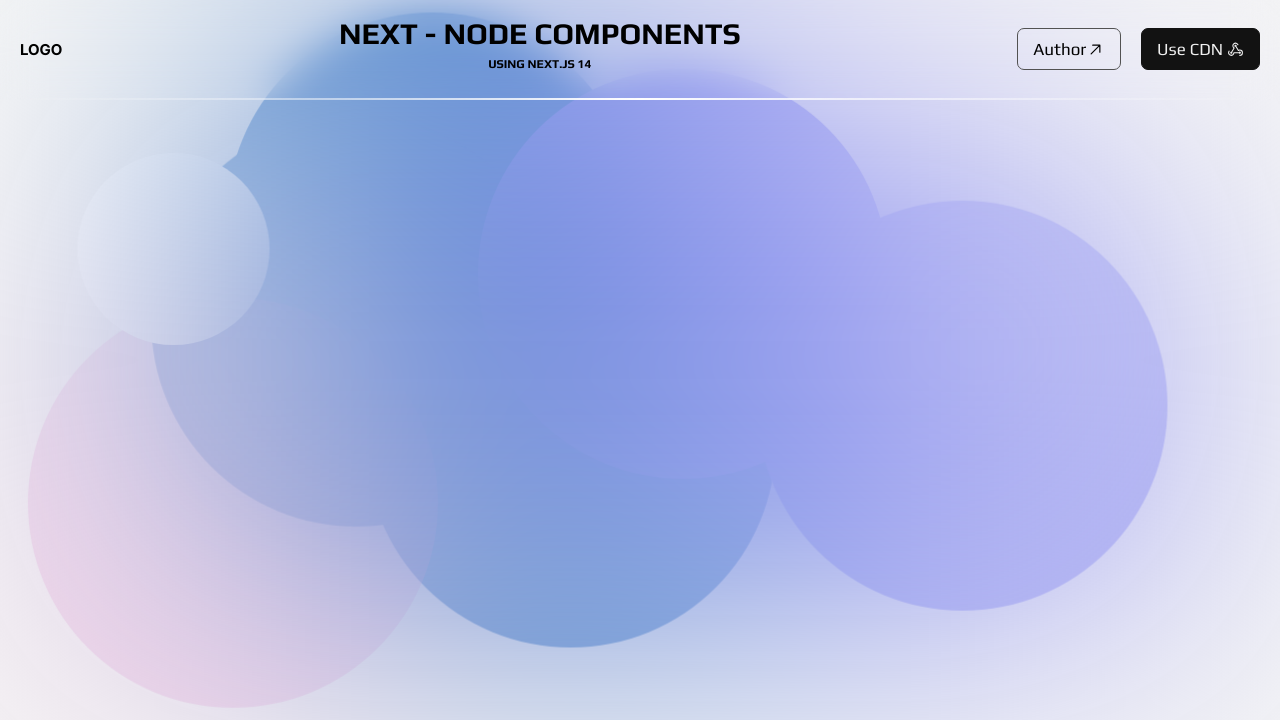
Repository: keval-gohil/komponents
Page: /
These files come from the project's save history. The page is drawn as it stood at one moment and after the next save; the edit follows.
The browser window is 1280 px wide. The pictures show the whole page.
Some web fonts or font styles are not loaded; a fallback is used. The project was rebuilt for these pictures with package versions that can differ from the ones it lists, and the page was loaded fresh each time. The framework's server and built-in components were replaced by stand-ins that run in the browser. Also part of the build but not shown: next.config.mjs.

Above is the page before, as saved 2024-03-07 13:14:06.

### app/layout.js
import { Inter } from "next/font/google";
import "./globals.css";

const inter = Inter({ subsets: ["latin"] });

export const metadata = {
  title: "Komponents | Next-Node",
  description: "Generated by create next app",
};

export default function RootLayout({ children }) {
  return (
    <html lang="en" suppressHydrationWarning={true}>
      <body className={inter.className}>{children}</body>
    </html>
  );
}

### app/page.js
import Background from '@/components/reuse/background'
import Header from '@/components/reuse/header'
import React from 'react'

const page = () => {
  return (
    <>
      <Background />
      <Header />
    </>
  )
}

export default page

### app/globals.css

*,
*:before,
*:after {
	padding: 0;
	margin: 0;
	box-sizing: border-box;
	-webkit-tap-highlight-color: transparent;
}

html {
	scroll-behavior: smooth;
	font-size: 10px;
}

body {
	width: 100%;
	height: 100%;
	overflow-x: hidden;
	background-color: whitesmoke;
}

.bouncing-blob {
	width: 32vw;
	aspect-ratio: 1;
	border-radius: 50%;
	will-change: transform;
	position: absolute;
	z-index: 1;
	top: 0;
	left: 0;
	transform-origin: left top;
  }

  .bouncing-blob--blue {
	background: #4783c7;
  }

  .bouncing-blob--white {
	background: #ffffff;
	z-index: 2;
	width: 15vw;
  }

  .bouncing-blob--purple {
	background: #8c8ff1;
  }

  .bouncing-blob--pink {
	background: #e289cd50;
  }

  .bouncing-blobs-container {
	position: fixed;
	z-index: -1;
	top: 0;
	left: 0;
	width: 100%;
	height: 100%;
  }

  .bouncing-blobs-glass {
	position: absolute;
	z-index: 2;
	top: 0;
	left: 0;
	width: 100%;
	height: 100%;
	backdrop-filter: blur(140px);
	-webkit-backdrop-filter: blur(140px);
	pointer-events: none;
  }

  .bouncing-blobs {
	position: absolute;
	z-index: 1;
	top: 0;
	left: 0;
	width: 100%;
	height: 100%;
  }

  .main-content {
	display: flex;
	flex-direction: column;
	justify-content: center;
	align-items: center;
	width: 100%;
  }




  @media (max-width: 1200px) {
	.bouncing-blobs-glass {
	  backdrop-filter: blur(120px);
	  -webkit-backdrop-filter: blur(120px);
	}
  }

  @media (max-width: 500px) {
	.bouncing-blob {
	  width: 60vw;
	}
	.bouncing-blob--white {
	  width: 30vw;
	}
	.bouncing-blobs-glass {
	  backdrop-filter: blur(90px);
	  -webkit-backdrop-filter: blur(90px);
	}

  }

### components/reuse/background.js
'use client'
import React, { useEffect } from 'react';

const MIN_SPEED = 1.5;
const MAX_SPEED = 2.5;

function randomNumber(min, max) {
  return Math.random() * (max - min) + min;
}

class Blob {
  constructor(el) {
    this.el = el;
    const boundingRect = this.el.getBoundingClientRect();
    this.size = boundingRect.width;
    this.initialX = randomNumber(0, window.innerWidth - this.size);
    this.initialY = randomNumber(0, window.innerHeight - this.size);
    this.el.style.top = `${this.initialY}px`;
    this.el.style.left = `${this.initialX}px`;
    this.vx =
      randomNumber(MIN_SPEED, MAX_SPEED) * (Math.random() > 0.5 ? 1 : -1);
    this.vy =
      randomNumber(MIN_SPEED, MAX_SPEED) * (Math.random() > 0.5 ? 1 : -1);
    this.x = this.initialX;
    this.y = this.initialY;
  }

  update() {
    this.x += this.vx;
    this.y += this.vy;
    if (this.x >= window.innerWidth - this.size) {
      this.x = window.innerWidth - this.size;
      this.vx *= -1;
    }
    if (this.y >= window.innerHeight - this.size) {
      this.y = window.innerHeight - this.size;
      this.vy *= -1;
    }
    if (this.x <= 0) {
      this.x = 0;
      this.vx *= -1;
    }
    if (this.y <= 0) {
      this.y = 0;
      this.vy *= -1;
    }
  }

  move() {
    this.el.style.transform = `translate(${this.x - this.initialX}px, ${
      this.y - this.initialY
    }px)`;
  }
}

function Background() {
  useEffect(() => {
    const blobEls = document.querySelectorAll('.bouncing-blob');
    const blobs = Array.from(blobEls).map((blobEl) => new Blob(blobEl));

    function update() {
      requestAnimationFrame(update);
      blobs.forEach((blob) => {
        blob.update();
        blob.move();
      });
    }

    requestAnimationFrame(update);

    return () => cancelAnimationFrame(update);
  }, []);

  return (
    <div className="bouncing-blobs-container">
      <div className="bouncing-blobs-glass"></div>
      <div className="bouncing-blobs">
        <div className="bouncing-blob bouncing-blob--blue"></div>
        <div className="bouncing-blob bouncing-blob--blue"></div>
        <div className="bouncing-blob bouncing-blob--blue"></div>
        <div className="bouncing-blob bouncing-blob--white"></div>
        <div className="bouncing-blob bouncing-blob--purple"></div>
        <div className="bouncing-blob bouncing-blob--purple"></div>
        <div className="bouncing-blob bouncing-blob--pink"></div>
      </div>
    </div>
  );
}

export default Background;

### components/reuse/header.js
import React from 'react'
import Style from '@/components/reuse/styles/style.css'

const Header = () => {
  return (
    <>
        <nav>
            <h1>LOGO</h1>
            <h2>Next - Node Components<span>using Next.js 14</span></h2>
            <div>
              <button>Author <i className='mynaui--arrow-up-right'></i></button>
              <button>Use CDN&nbsp;<i className='ph--webhooks-logo'></i></button>
            </div>
        </nav>
    </>
  )
}

export default Header

### components/reuse/styles/style.css

@import url('https://fonts.googleapis.com/css2?family=Anta&family=Play:wght@400;700&display=swap');


nav{
    display: flex;
    justify-content: space-between;
    align-items: center;
    background: transparent;
    backdrop-filter: blur(20px);
    height: 10rem;
    border-bottom: 0.2rem solid transparent;
    border-image: linear-gradient(0.25turn, rgba(56,2,155,0), #fff, rgba(56,2,155,0));
    border-image-slice: 1;
    padding: 0 2rem;
}

nav h2{
    display: flex;
    flex-direction: column;
    text-align: center;
    font-family: "Play", sans-serif;
    font-weight: 800;
    text-transform: uppercase;
    line-height: 3rem;
    font-size: 3rem;
}
nav h2 span{
    font-size: 1.2rem;
    margin: 0;
    padding: 0;
}

nav div{
    display: flex;
    gap: 2rem;
}
nav div button{
    display: flex;
    align-items: end;
    font-size: 1.7rem;
    padding: 1rem 1.5rem;
    padding-bottom: 1rem;
    border: 0.1rem solid #525252;
    border-radius: 0.7rem;
    background: transparent;
    cursor: pointer;
    font-family: "Play", sans-serif;
}
nav div button .mynaui--arrow-up-right {
    display: inline-block;
    width: 1.1em;
    height: 1.1em;
    --svg: url("data:[embedded picture, 231 characters]");
    background-color: currentColor;
    -webkit-mask-image: var(--svg);
    mask-image: var(--svg);
    -webkit-mask-repeat: no-repeat;
    mask-repeat: no-repeat;
    -webkit-mask-size: 100% 100%;
    mask-size: 100% 100%;
}
nav div button .ph--webhooks-logo {
    display: inline-block;
    width: 1em;
    height: 1em;
    --svg: url("data:[embedded picture, 574 characters]");
    background-color: currentColor;
    -webkit-mask-image: var(--svg);
    mask-image: var(--svg);
    -webkit-mask-repeat: no-repeat;
    mask-repeat: no-repeat;
    -webkit-mask-size: 100% 100%;
    mask-size: 100% 100%;
}

nav div button:nth-child(2){
    background: #121212;
    border-color: #121212;
    color: #f0f0f0;
    align-items: center;
}
nav div button:hover {
    text-decoration: underline;
}

After the next save:
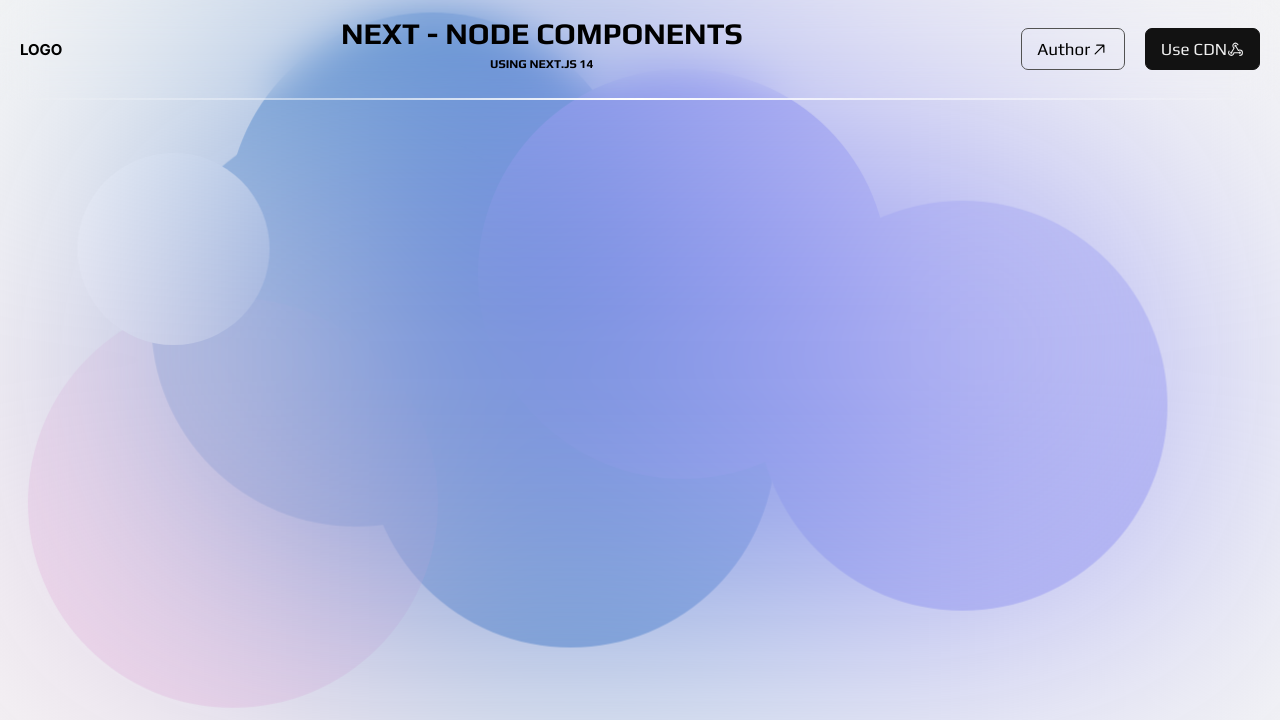
Saved 68 s later.
--- a/components/reuse/header.js
+++ b/components/reuse/header.js
@@ -9,7 +9,7 @@
             <h2>Next - Node Components<span>using Next.js 14</span></h2>
             <div>
               <button>Author <i className='mynaui--arrow-up-right'></i></button>
-              <button>Use CDN&nbsp;<i className='ph--webhooks-logo'></i></button>
+              <button>Use CDN <i className='ph--webhooks-logo'></i></button>
             </div>
         </nav>
     </>

After the save that followed:
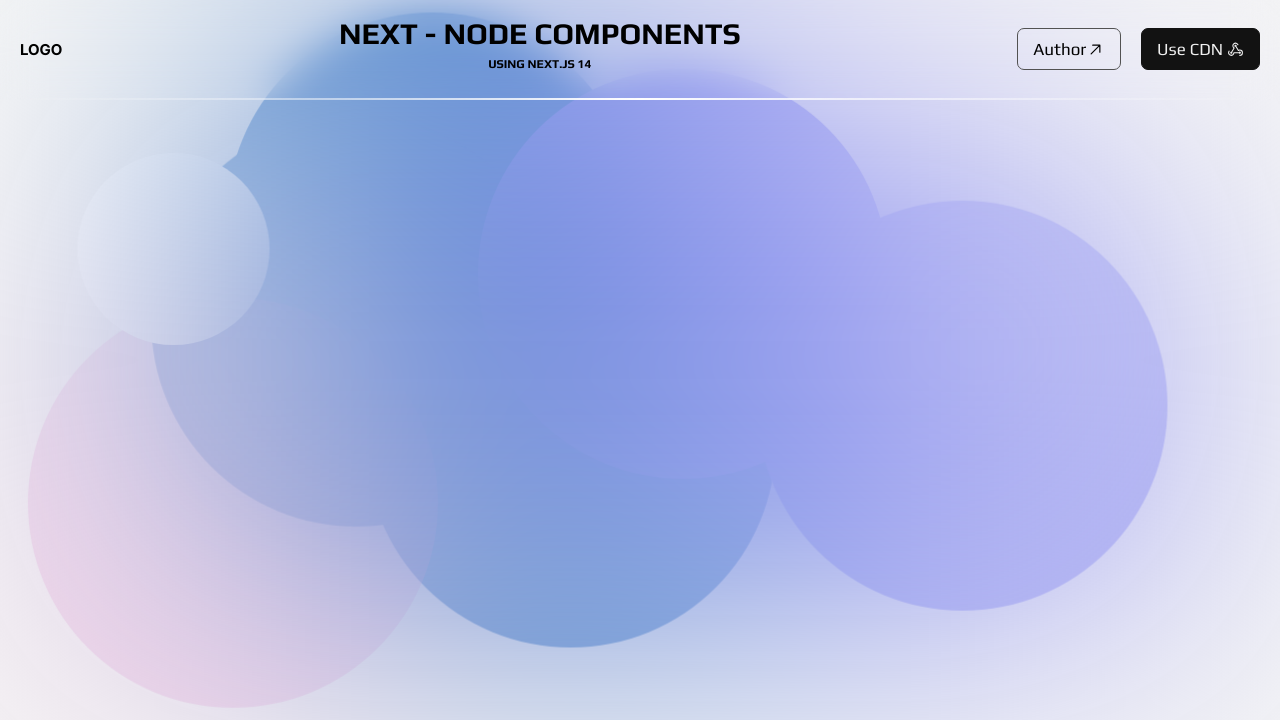
Saved 6 s later.
--- a/components/reuse/header.js
+++ b/components/reuse/header.js
@@ -9,7 +9,7 @@
             <h2>Next - Node Components<span>using Next.js 14</span></h2>
             <div>
               <button>Author <i className='mynaui--arrow-up-right'></i></button>
-              <button>Use CDN <i className='ph--webhooks-logo'></i></button>
+              <button>Use CDN&nbsp;<i className='ph--webhooks-logo'></i></button>
             </div>
         </nav>
     </>
